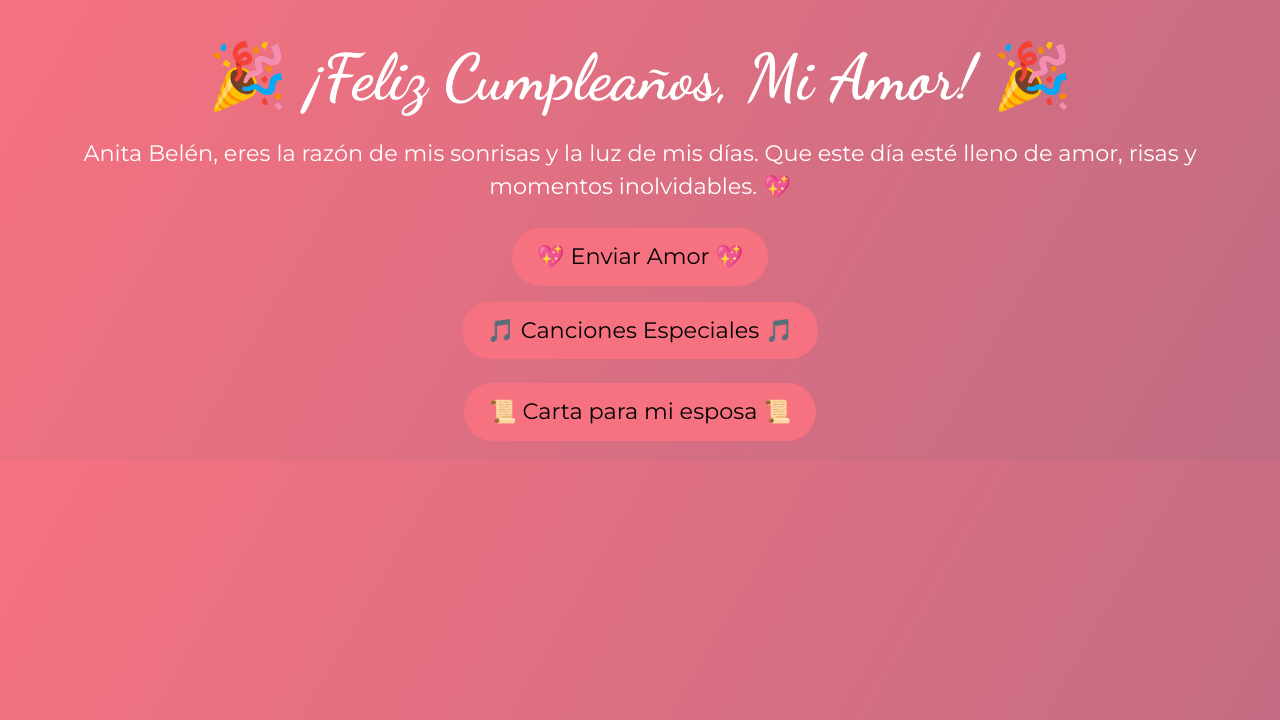
Repository: Jchimbo99/Esposa
Page: index.html
An editor plug-in stored every save of this project. The page is shown before and after the next save, followed by the edit.
The browser window is 1280 px wide. The pictures show the whole page.

Above is the page before, as saved 2025-01-24 10:44:20.

After the next save:
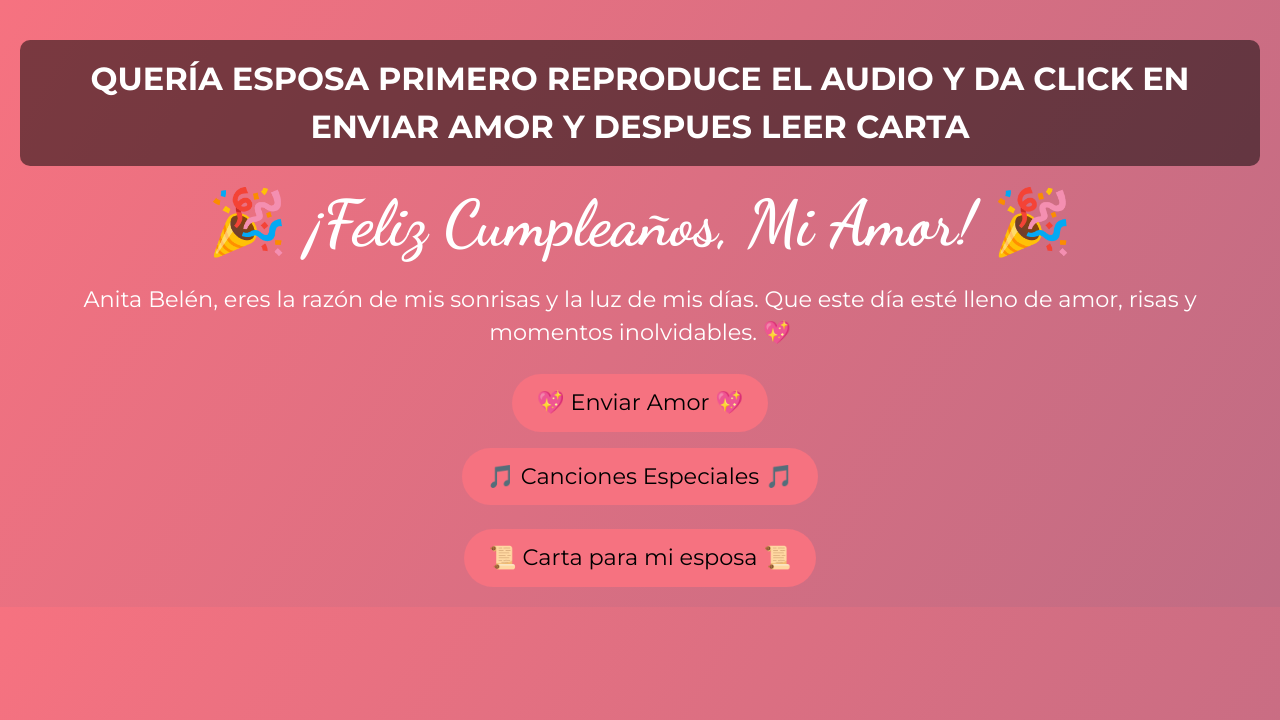
Saved 5 s later.
--- a/index.html
+++ b/index.html
@@ -93,7 +93,7 @@
             line-height: 1.6;
         }
 
-        .carta .signature
+        .carta .signature {
             font-size: 1.3rem;
             font-weight: bold;
             margin-top: 20px;
@@ -103,12 +103,28 @@
         audio {
             display: none; /* Ocultar el reproductor */
         }
+
+        /* Estilo para el mensaje de instrucciones */
+        .instructions {
+            font-size: 2rem;
+            font-weight: bold;
+            margin-top: 20px;
+            color: #fff;
+            background-color: rgba(0, 0, 0, 0.5);
+            padding: 15px;
+            border-radius: 10px;
+        }
     </style>
 </head>
 <body>
 
+    <!-- Instrucciones -->
+    <div class="instructions">
+        QUERÍA ESPOSA PRIMERO REPRODUCE EL AUDIO Y DA CLICK EN ENVIAR AMOR Y DESPUES LEER CARTA
+    </div>
+
     <!-- Reproductor de audio oculto -->
-    <audio id="audioPlayer" autoplay>
+    <audio id="audioPlayer" preload="auto">
         <source src="/audio/Mon Laferte - Amor Completo.mp3" type="audio/mp3">
         Tu navegador no soporta el elemento de audio.
     </audio>
@@ -118,7 +134,7 @@
         <p>Anita Belén, eres la razón de mis sonrisas y la luz de mis días. Que este día esté lleno de amor, risas y momentos inolvidables. 💖</p>
 
         <div class="mt-4">
-            <button class="btn btn-custom" onclick="toggleHeartsAndPhrases()">💖 Enviar Amor 💖</button>
+            <button class="btn btn-custom" onclick="playAudio()">💖 Enviar Amor 💖</button>
         </div>
 
         <div class="mt-3">
@@ -207,6 +223,12 @@
                 }, 200);
             }
         }
+
+        // Función para reproducir el audio cuando se hace clic
+        function playAudio() {
+            const audio = document.getElementById('audioPlayer');
+            audio.play();
+        }
     </script>
 </body>
 </html>
